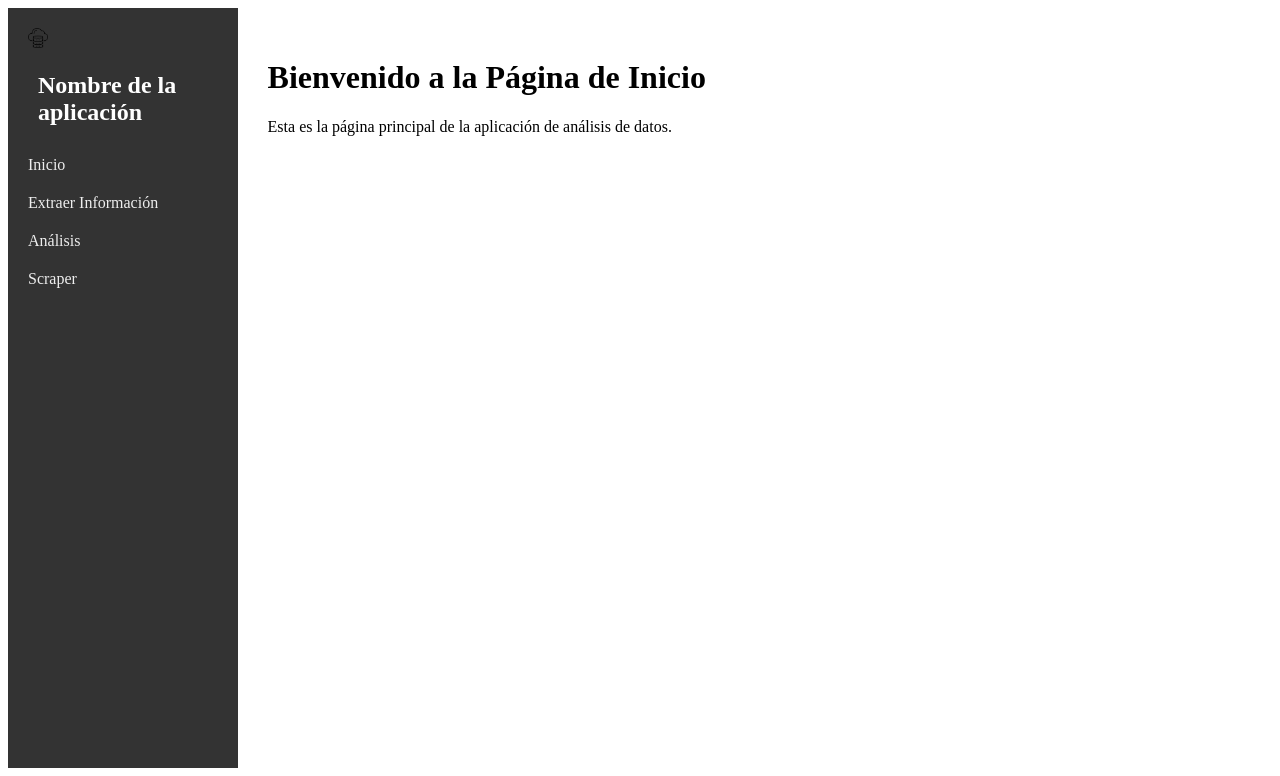
Repository: marcoBartolo55/data_analysis_app_-dev_project
Page: templates/chart.html
An editor plug-in stored every save of this project. The page is shown before and after a run of saves, followed by the edit.
The browser window is 1280 px wide. The pictures show the whole page.
The page is served by the project's application, run on Flask 3 (app/app.py). The template is opened directly, without the code that normally fills it, so the values that code supplies are empty.

Above is the page before, as saved 2025-11-01 00:42:33.

After the next 3 saves:
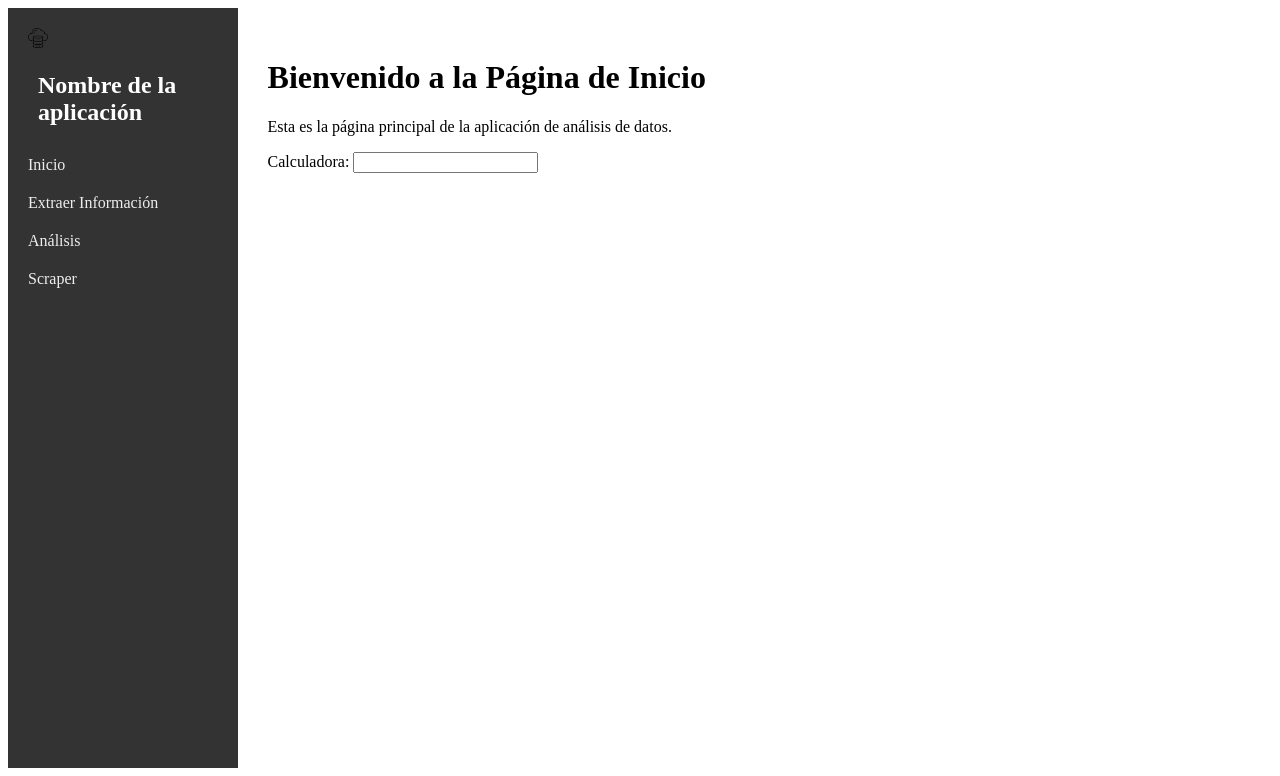
The 3 saves are shown as one change because they came seconds apart.
The last was saved 7 s later.
--- a/templates/chart.html
+++ b/templates/chart.html
@@ -31,7 +31,8 @@
 
             <div class="form">
                 <form action="post">
-                    <label for="calculadora"></label>
+                    <label for="calculadora">Calculadora:</label>
+                    <input type="text" id="calculadora" name="calculadora">
                 </form>
             </div>
         </div>
